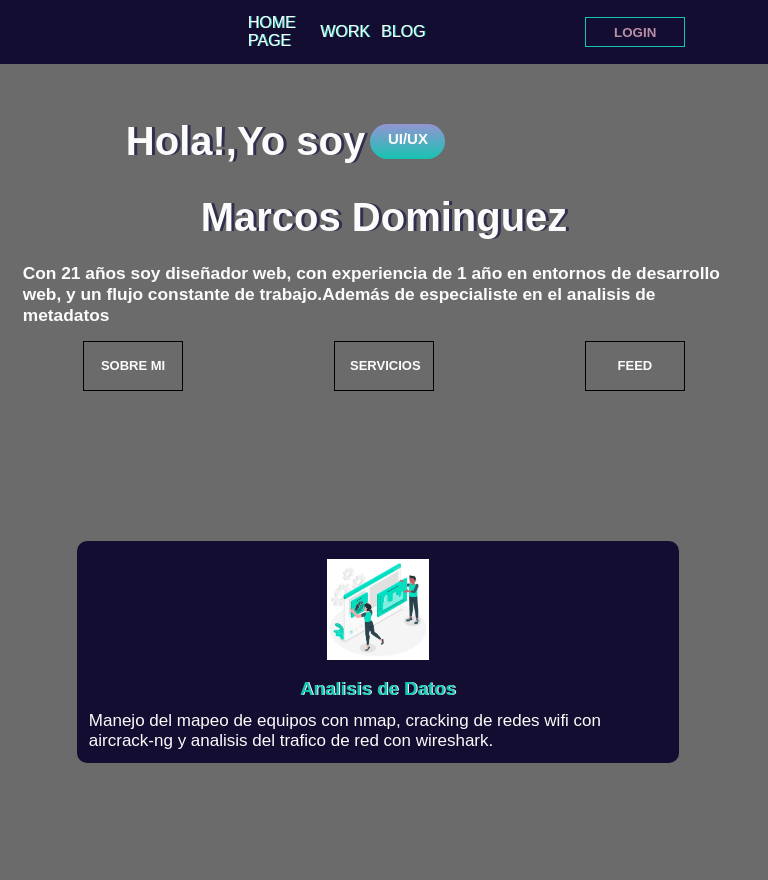
Repository: Sxcram02/Portfolio2
Page: http://localhost/
The author's editor kept a copy of each file at every save. The page is drawn from the files as they stood at one save, then again after the next save.
The browser window is 768 px wide. The pictures show the whole page.
Some web fonts or font styles are not loaded; a fallback is used. The page is run by PHP 8.4 with error messages shown; the project is at /var/www/html/.

Above is the page before, as saved 2023-05-14 17:47:51.

### styles/index.css

/* -----------------------------------------------------------*/
/* -----------------------------------------------------------*/
/* AJUSTES GENERALES */
/* 1. HEADER
/* 2. PRIMERA PAGINA
/*  2.1 SECCION 1
/*  2.2 SECCION 2
/*  2.3 SECCION 3
/*  2.4 SECCION 4
/* 3. PAGINA DE MIS TRABAJOS
/* 4. PAGINA DE MI BLOG
/* 5. PAGINA FORMULARIO LOGIN
/* 6. PAGINA CREAR POST
/* -----------------------------------------------------------*/
/* -----------------------------------------------------------*/

* {
    margin: 0;
    padding: 0;
    list-style: none;
    box-sizing: border-box;
    font-family: 'Poppins', sans-serif;
}

a, a:active, a:visited, a:enabled {
    color: var(--blanco);
    text-decoration: none;
}

@font-face {
    font-family: 'Poppins';
    src: url("../fonts/*");
}

:root {
    --violeta-ruso: #120D31;
    --cadet-space: #302F4D;
    --verde-claro-oceano:#17C3B2;
    --indigo-tropical:#9395D3;
    --blanco:#FBFBFB;
}

body {
    display: flex;
    flex-direction: column;
    align-items: center;
    justify-content: space-between;
}

#root {
    width: 100vw;
    height: 100vh;
}


/* -----------------------------------------------------------*/
/* -----------------------------------------------------------*/
/* HEADER */
/* -----------------------------------------------------------*/
/* -----------------------------------------------------------*/

.box-nav-bar {
    width: 100vw;
    height: 4rem;
    padding: 1%;
    background-color: var(--violeta-ruso);
    color: snow;
    display: flex;
    align-items: center;
    justify-content: space-between;
}

.nav-title {
    text-shadow: 1px 0px 0px var(--verde-claro-oceano);
    text-transform: uppercase;
    font-size: 20px;
    font-weight: 700;
    cursor: pointer;
}

.nav-bar ul {
    text-transform: uppercase;
    width: 350px;
    font-size: 20px;
    display: flex;
    align-items: center;
    justify-content: space-around;
}

.nav-bar ul li {
    cursor: pointer;
    text-shadow: 1px 0px 0px var(--verde-claro-oceano);
}

.nav-bar ul li:hover {
    color: var(--verde-claro-oceano);
    text-shadow: 1px 0px 0px var(--indigo-tropical);
    transition: all 0.5s;
}

#LOGIN {
    width: 125px;
    height: 30px;
    margin: 2%;
    color: #B98EA7;
    background: none;
    border: 1px solid var(--verde-claro-oceano);
    text-transform: uppercase;
    font-weight: 800;
    cursor: pointer;
}

#LOGIN:hover {
    background-color: var(--verde-claro-oceano);
    color: var(--blanco);
    transition: all 0.3s;
}

@media screen and (max-width:800px) {
    .box-nav-bar {
        justify-content: space-around;
    }

    .nav-title {
        display: none;
    }

    .nav-bar ul {
        width: 100%;
        justify-content: flex-start;
        font-size: 16px;
    }

    .nav-bar ul li {
        margin: 0 5%;
    }

    .nav-bar ul a {
        margin: 1%;
        padding: 2%;
    }

    #LOGIN {
        width: 100px;
        margin-right: 5%;
    }
}

/* -----------------------------------------------------------*/
/* -----------------------------------------------------------*/
/* PRIMERA PÁGINA */
/* -----------------------------------------------------------*/
/* -----------------------------------------------------------*/

.container {
    width: 100%;
    display: grid;
    grid-template-columns: repeat(3,1fr);
    grid-template-rows: repeat(2,1fr);
}

.container section {
    width: 100%;
    height: 100%;
}

@media screen and (max-width:800px) {

    #root {
        height: 110vh;
        overflow-x: hidden;
    }

    .container {
        width: 100%;
        height: 93%;
        display: flex;
        flex-direction: column;
        justify-content: space-around;
        background-color: rgba(0, 0, 0, 0.579);
        color: #FBFBFB;
    }

    #home-page {
        height: 60vh;
        background-image: url("/media/guerrero-en-47-ronin_2048x1536_xtrafondos.com.jpg");
        background-size: cover;
        background-position: center;
        font-size: 13px;
    }

    #home_page .box-presentation {
        flex-direction: column;
    }

    #home_page .box-presentation p {
        width: 100%;
    }

    .box-name {
        height: 25%;
        background: none;
    }

    #home_page .box-inputs {
        width: 100%;
        justify-content: space-around;
    }

    #home_page .box-inputs button {
        width: 100px;
        font-size: 13px;
        color: #FBFBFB;
    }

    #box-services {
        height: 50vh;
        padding: 10%;
    }

    #services {
        width: 100%;
        height: 100%;
        display: flex;
        align-items: center;
        flex-direction: column;
        overflow-y: scroll;
    }

    .container #services article {
        width: 100%;
        margin-bottom: 5%;
        padding: 1%;
    }

    .container #services article:hover {
        animation: none;
    }

    #box-aboutMe {
        height: 50%;

    }

    #my_photo {
        display: none;
    }



}

/* -----------------------------------------------------------*/
/* -----------------------------------------------------------*/
/* SECCION 1 */
/* -----------------------------------------------------------*/
/* -----------------------------------------------------------*/

#home_page {
    height: 40vh;
    grid-column: 1/3;
    grid-row: 1/2;
    padding: 1%;
    display: flex;
    flex-direction: column;
    align-items: center;
}

.box-name {
    width: 70%;
    margin: 1%;
    text-align: center;
    display: flex;
    align-items: center;
}

.title {
    padding: 1%;
    font-size: 40px;
    font-weight: 800;
    text-shadow: 3px 0px 0px var(--cadet-space);
}

#box-ui-ux {
    width: 75px;
    height: 35px;
    padding: 1%;
    text-align: center;
    font-size: 15px;
    font-weight: 800;
    color: snow;
    background: linear-gradient(180deg, var(--indigo-tropical),var(--verde-claro-oceano));
    border-radius: 20px;
}

.box-presentation {
    display: flex;
    align-items: center;
}

.box-presentation p {
    width: 50%;
    padding: 2%;
    font-size: 13pt;
    font-weight: 600;
}

.box-inputs {
    width: 50%;
    display: flex;
    align-items: center;
    justify-content: space-around;
}

.box-inputs button {
    width: 150px;
    height: 50px;
    padding: 2%;
    border: 1px solid black;
    background: none;
    font-size: 15pt;
    font-weight: 800;
    text-transform: uppercase;
    cursor: pointer;
}

.box-inputs button:hover {
    background-color: var(--verde-claro-oceano);
    box-shadow: 0px 0px 7px var(--indigo-tropical);
    transition: all 0.3s;
}


/* -----------------------------------------------------------*/
/* -----------------------------------------------------------*/
/* SECCION 2 */
/* -----------------------------------------------------------*/
/* -----------------------------------------------------------*/

#box-services {
    grid-column: 1/3;
    grid-row: 2/3;
    width: 100%;
}

#services {
    padding: 1%;
    color: snow;
    display: flex;
}

#services img {
    width: 125px;
    height: 125px;
    padding: 2%;
}

#services article {
    width: 50%;
    height: 100%;
    margin-right: 2%;
    padding: 2%;
    background-color: var(--violeta-ruso);
    border-radius: 10px;
    display: flex;
    flex-direction: column;
    align-items: center;
    text-align: center;
    cursor: pointer;
}

#services article:hover {
    background-color: var(--cadet-space);
    box-shadow: 0px 0px 5px var(--verde-claro-oceano);
    animation: goUp 1.5s both;
    transition: all 0.4s;
}

@keyframes goUp {
    to {
        translate: 0 -20%;
    }
}

#services article h3 {
    color: var(--verde-claro-oceano);
    text-shadow: 1px 0px 0px var(--blanco);
    padding: 1%;
}

#services article:hover h3 {
    color: var(--indigo-tropical);
}

#services article p {
    padding: 1%;
    font-size: 17px;
    text-align: start;
}

#robot3D {
    width: 300px;
    height: 175px;
}


/* -----------------------------------------------------------*/
/* -----------------------------------------------------------*/
/* SECCION 3 */
/* -----------------------------------------------------------*/
/* -----------------------------------------------------------*/

#box-aboutMe {
    display:none;
    grid-column: 1/3;
    grid-row: 2/4;
}

#aboutMe {
    height: 100%;
    display: flex;
    flex-direction: column;
    align-items: center;
    justify-content: space-between;
}

#aboutMe h1 {
    width: 100%;
    text-align: center;
    text-transform: uppercase;
    font-weight: 800;
}

#aboutMe hr {
    width: 90%;
    height: 15px;
    color: var(--violeta-ruso);
    background-color: var(--violeta-ruso);
    box-shadow: 0px 0px 5px var(--verde-claro-oceano);
}

.box-signatures {
    width: 90%;
    display: grid;
    grid-template-columns: repeat(5,1fr);
    grid-template-rows: repeat(3,1.4fr);
    text-align: center;
    row-gap: 5px;
}

.box-signatures i {
    font-size: 40px;
}

.box-signatures div {
    display: flex;
    flex-direction: column;
    align-items: center;
}

.box-signatures div img {
    width: 50px;
    height: 50px;
}

@media screen and (max-width:800px){


    .box-signatures {
        display: flex;
        flex-direction: column;
        align-items: center;
        justify-content: space-around;
        overflow-y: scroll;
    }

    .box-signatures div {
        display: flex;
        align-items: center;
        justify-content: space-around;
    }
}

/*--------------------------------------------------------*/
/*--------------------------------------------------------*/
/* GRID COMPONENTS */
/*--------------------------------------------------------*/
/*--------------------------------------------------------*/

.signature1 {
    grid-column: 1/2;
    grid-row: 1/3;
}

.signature2 {
    grid-column: 2/3;
    grid-row: 1/3;
}

.signature3 {
    grid-column: 3/4;
    grid-row: 1/3;
}

.signature4 {
    grid-column: 4/5;
    grid-row: 1/3;
}

.signature5 {
    grid-column: 5/6;
    grid-row: 1/3;
}



/* -----------------------------------------------------------*/
/* -----------------------------------------------------------*/
/* SECCION 4 */
/* -----------------------------------------------------------*/
/* -----------------------------------------------------------*/

#my_photo {
    grid-column: 3/4;
    grid-row: 1/3;
    background-image: url("../media/guerrero-en-47-ronin_2048x1536_xtrafondos.com.jpg");
    background-position: center;
    background-size: cover;
    object-fit: cover;
}


/* -----------------------------------------------------------*/
/* -----------------------------------------------------------*/
/* PAGINA DE MIS TRABAJOS */
/* -----------------------------------------------------------*/
/* -----------------------------------------------------------*/

#root2 {
    width: 100vw;
    background: linear-gradient(180deg,transparent,var(--cadet-space),var(--violeta-ruso));
    display: flex;
    flex-direction: column;
    align-items: center;
    justify-content: center;
}

.title2 {
    width: 100vw;
    font-size: 40px;
    color:black;
    text-shadow: 2px 0px 7px var(--indigo-tropical);
    text-align: center;
}

.container2 {
    width: 100%;
    height: 100vh;
    padding: 1%;
    display: grid;
    grid-template-columns: repeat(3,1.4fr);
    grid-template-rows: repeat(2,1fr);
    row-gap: 10px;
}

.container2 section {
    width: 90%;
    height: 300px;
    padding: 1%;
    display: flex;
    flex-direction: column;
    align-items: center;
    justify-content: space-around;
    background-color: var(--violeta-ruso);
    border-radius: 10px;
    box-shadow: 0px 0px 10px var(--indigo-tropical);
    cursor: pointer;
}

.container2 h1 {
    text-transform: uppercase;
    font-size: 25px;
    font-weight: 900;
}


.container2 img {
    width: 250px;
    height: 150px;
}

@media screen and (max-width:800px) {
    .container2 {
        display: flex;
        align-items: center;
        flex-direction: column-reverse;
        overflow-y: scroll;
    }

    .container2 section {
        text-align: center;
        width: 250px;
    }

    .container2 img {
        width: 100px;
        height: 100px;
    }
}

/*--------------------------------------------------------*/
/*--------------------------------------------------------*/
/* GRID COMPONENTS */
/*--------------------------------------------------------*/
/*--------------------------------------------------------*/

@keyframes updateScale {
    to {
        scale: 0.9;
    }
}

.work1 {
    grid-column: 1/2;
    grid-row: 1/2;
}

.work1:hover {
    box-shadow: 0px 0px 5px var(--verde-claro-oceano);
    background-color: rgba(255, 166, 0, 0.882);
    animation: updateScale 0.6s both;
    transition: all 0.4s;
}

.work2 {
    grid-column: 2/3;
    grid-row: 1/2;
}

.work2:hover {
    box-shadow: 0px 0px 5px var(--violeta-ruso);
    background-color: rgba(0, 170, 255, 0.858);
    animation: updateScale 0.6s both;
    transition: all 0.4s;
}

.work3 {
    grid-column: 1/2;
    grid-row: 2/3;
}

.work3:hover {
    box-shadow: 0px 0px 5px var(--violeta-ruso);
    background-color: rgba(25, 172, 37, 0.806);
    animation: updateScale 0.6s both;
    transition: all 0.4s;
}

.work4 {
    grid-column: 2/3;
    grid-row: 2/3;
}

.work4:hover {
    box-shadow: 0px 0px 5px var(--verde-claro-oceano);
    background-color: rgba(170, 0, 255, 0.85);
    animation: updateScale 0.6s both;
    transition: all 0.4s;
}

.work5 {
    grid-column: 3/4;
    grid-row: 1/2;
}

.work5:hover {
    box-shadow: 0px 0px 5px var(--violeta-ruso);
    background-color: rgba(255, 0, 51, 0.85);
    animation: updateScale 0.6s both;
    transition: all 0.4s;
}

.work6 {
    grid-column: 3/4;
    grid-row: 2/3;
}

.work6:hover {
    box-shadow: 0px 0px 5px var(--verde-claro-oceano);
    background-color: rgba(0, 204, 255, 0.85);
    animation: updateScale 0.6s both;
    transition: all 0.4s;
}

/* -----------------------------------------------------------*/
/* -----------------------------------------------------------*/
/* PAGINA DEL BLOG */
/* -----------------------------------------------------------*/
/* -----------------------------------------------------------*/

#root3 {
    width: 100vw;
    background-image: url("./../media/version_5.gif");
    background-size:  cover;
    background-position: center;
    background-repeat: repeat-y;
}


.container3 {
    width: 100%;
    background: linear-gradient(360deg,transparent,#302f4d7f,#120d31);
    display: flex;
    flex-direction: column;
    align-items: center;
    justify-content: space-between;
}

.container3 h1 {
    color: var(--blanco);
    padding: 4%;
    font-size: 35px;
    font-weight: bold;
}

.container3 section {
    width: 100%;
    height: 100%;
    padding: 1%;
    display: flex;
    flex-direction: column;
    align-items: center;
    justify-content: space-around;
}

.container3 section article {
    width: 40%;
    height: 400px;
    margin: 1%;
    padding: 5%;
    border-radius: 20px;
    padding: 1%;
    display: flex;
    flex-direction: column;
    align-items: center;
    justify-content: space-between;
    text-align: center;
    background-color: var(--cadet-space);
}

.container3 section article h1 {
    font-size: 20px;
    text-transform: uppercase;
    font-weight: 700;
}

.container3 section article img {
    width: 200px;
    height: 150px;
}

@media screen and (max-width:800px){
    #root3 .container3 article {
        width: 60%;
        padding: 5%;
    }

    #root3 .container3 img {
        width: 100px;
        height: 100px;
    }
}

/* -----------------------------------------------------------*/
/* -----------------------------------------------------------*/
/* PAGINA FORMULARIO LOGIN */
/* -----------------------------------------------------------*/
/* -----------------------------------------------------------*/

.page2-root {
    width: 100vw;
    height: 100vh;
    background-image: url("./../media/fondo1.gif");
    background-position: center;
    background-size: cover;
    overflow: hidden;
}

.page2-container {
    width: 100%;
    height: 100%;
    background: linear-gradient(180deg,transparent,#302f4d7f,#120d31c2);
    display: flex;
    flex-direction: column;
    align-items: center;
}

.page2-title {
    padding: 1%;
    font-size: 50px;
    font-weight: bold;
    text-transform: uppercase;
    color: var(--cadet-space);
    text-shadow: 2px 0px 0px var(--verde-claro-oceano);
}

.page2-container form {
    margin-top: 10%;
}

.page2-target {
    width: 50%;
    height:50%;
    padding: 2%;
    background: var(--cadet-space);
    box-shadow: 0px 0px 5px var(--verde-claro-oceano);
    border-radius: 10px;
    display: flex;
    flex-direction: column;
    align-items: center;
    justify-content: space-around;
    color: var(--blanco);
    font-size: 20px;
    font-weight: 800;
    text-transform: uppercase;
}

.page2-target input {
    width: 80%;
    height: 35px;
    text-align: center;
    font-size: 12pt;
}

.sent {
    font-size: 20px;
    padding: 1%;
    text-transform: uppercase;
    font-weight: 800;
    background: none;
    border: 2px solid var(--verde-claro-oceano);
    color: var(--verde-claro-oceano);
    text-shadow: 0px 0px 5px var(--verde-claro-oceano);
    cursor: pointer;
}

.sent:hover {
    background-color: var(--verde-claro-oceano);
    color: #FBFBFB;
    text-shadow: 0px 0px 5px #FBFBFB;
    animation: changeScale 0.5s both;

}

@keyframes changeScale {
    to {
        scale: 0.8;
    }
}

/*--------------------------------------------------*/
/*--------------------------------------------------*/
/* PAGINA CREAR POST*/
/*--------------------------------------------------*/
/*--------------------------------------------------*/

#page3-root {
    width: 100vw;
    height: 100vh;
    background-image: url("./../media/fondo1.gif");
    background-size: cover;
    background-position: center;
}

#page3-root form {
    background: linear-gradient(360deg,transparent,#302f4d7f,#120d31);
}

#page3-container {
    width: 100%;
    display: flex;
    flex-direction: column;
    align-items: center;
    padding: 5%;
}

#page3-container section {
    width: 50%;
    height: 50vh;
    padding: 1%;
    display: flex;
    flex-direction: column;
    align-items: center;
    opacity: 80%;
    background-color: var(--cadet-space);
    box-shadow: 0px 0px 7px var(--indigo-tropical);
}

#page3-container section label {
    height: 35px;
    font-size: 20px;
    color: var(--blanco);
    text-transform: uppercase;
    font-weight: 900;
}

#page3-container input[type="text"] {
    max-width: 300px;
    height: 25px;
    margin: 1%;
    font-size: 14px;
    font-weight: 900;
    text-align: center;
    text-transform: uppercase;
    border-radius: 5px;
    border: 1px solid var(--violeta-ruso);
}


@media screen and (max-width:800px) {
    #page3-container section {
        width: 80%;
    }

    #page3-container input[type="file"]{
        width: 100px;
    }
}

Loaded but not shown: public/funciones/funciones.inc.js (7 lines, source omitted); public/objects/clases.inc.php (99 lines, source omitted); index.php (131 lines, source omitted)

After the next save:
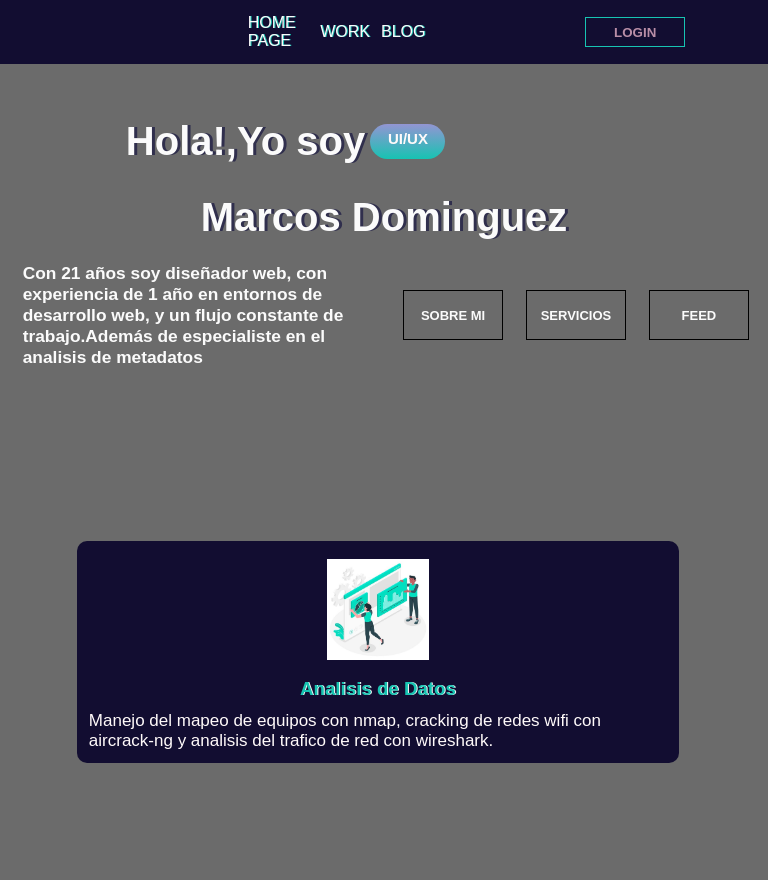
Saved 22 s later.
--- a/styles/index.css
+++ b/styles/index.css
@@ -187,8 +187,9 @@
         background-image: url("/media/guerrero-en-47-ronin_2048x1536_xtrafondos.com.jpg");
         background-size: cover;
         background-position: center;
-        font-size: 13px;
-    }
+    }
+
+    #home
 
     #home_page .box-presentation {
         flex-direction: column;

After the save that followed:
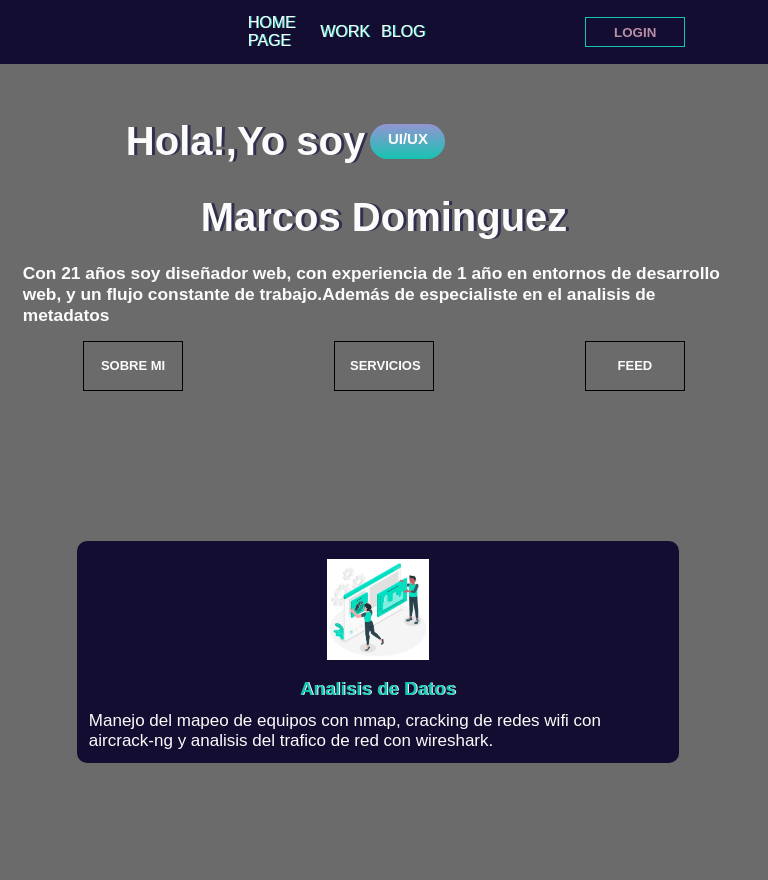
Saved 6 s later.
--- a/styles/index.css
+++ b/styles/index.css
@@ -189,7 +189,9 @@
         background-position: center;
     }
 
-    #home
+    #home_page article {
+        font-size: 13px;
+    }
 
     #home_page .box-presentation {
         flex-direction: column;
